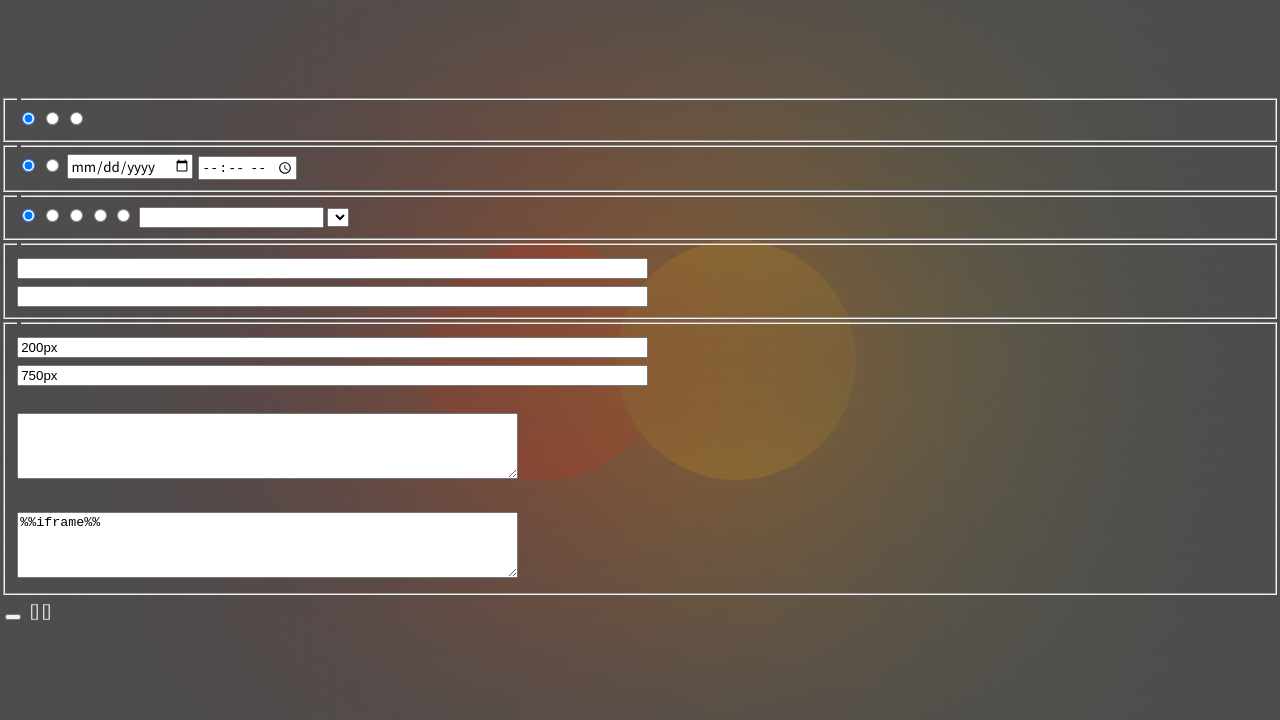
Repository: cirisus/ArknighTimer
Page: timer-selector.html
The author's editor kept a copy of each file at every save. The page is drawn from the files as they stood at one save, then again after the next save.
The browser window is 1280 px wide. The pictures show the whole page.
Some web fonts or font styles are not loaded; a fallback is used.

Above is the page before, as saved 2024-03-10 02:02:45.

After the next save:
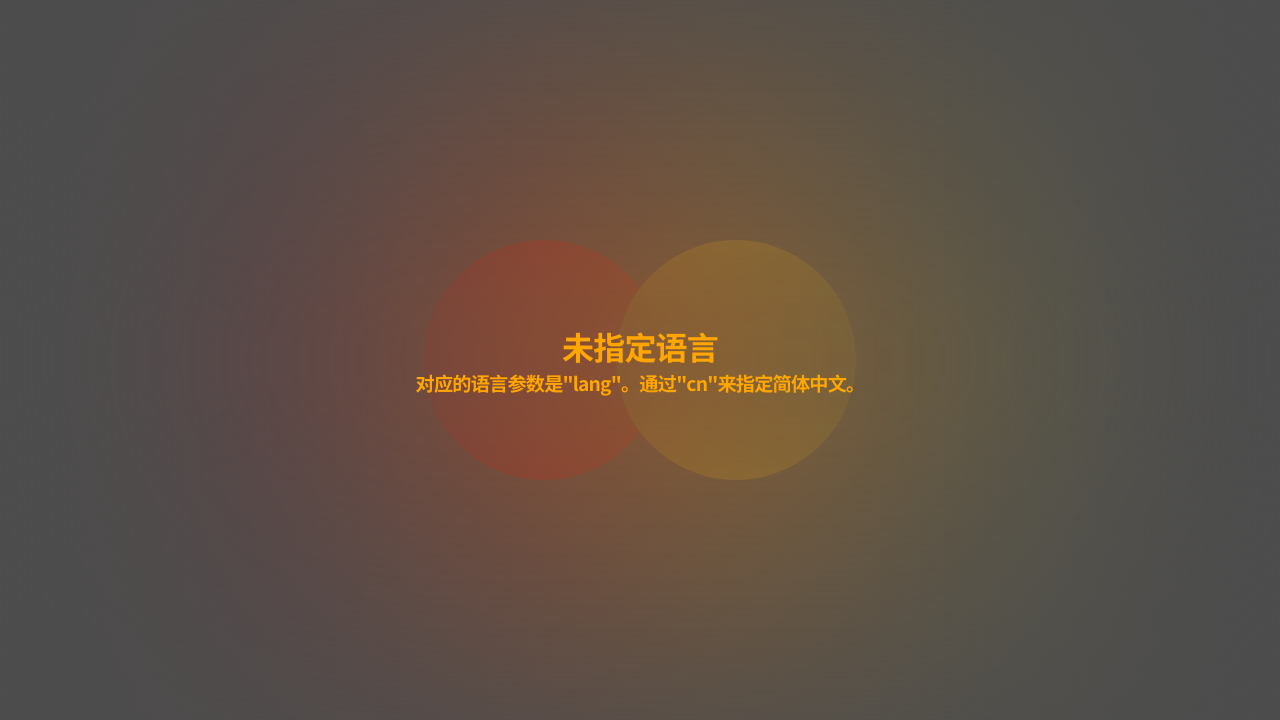
Saved 2 min 56 s later.
--- a/timer-selector.html
+++ b/timer-selector.html
@@ -5,7 +5,7 @@
     <meta name="description" content="明日方舟同人中文站计时器">
     <meta name="keywords" content="arknights,wiki,timer,selector,generator">
     <link rel="stylesheet" href="/timer-selector.css">
-    <script src="https://cirisus.github.io/ArknighTimer/timer-selector.js"></script>
+    <script src="timer-selector.js"></script>
     <title>计时器生成工具</title>
   </head>
 
